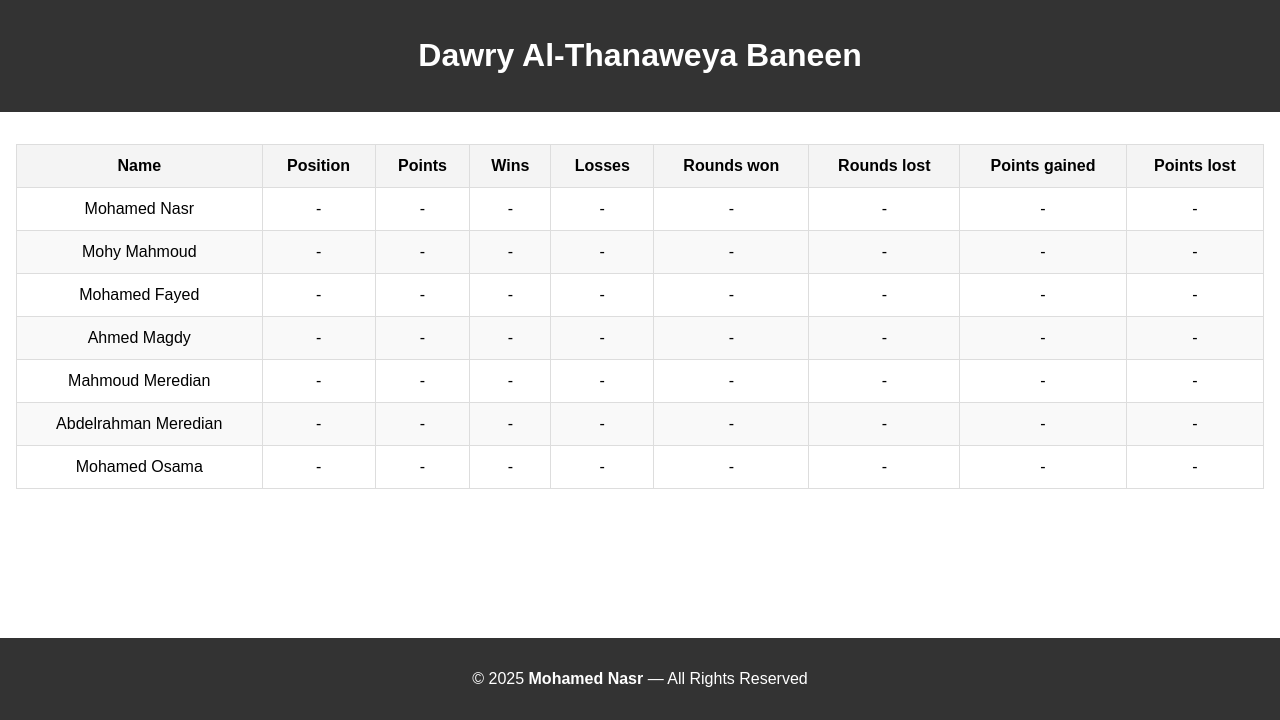
Repository: MohamedNasr95/Dawry-Al-Thanaweya-Baneen
Page: Index.html
An editor plug-in stored every save of this project. The page is shown before and after a run of saves, followed by the edit.
The browser window is 1280 px wide. The pictures show the whole page.

Above is the page before, as saved 2025-09-07 22:33:39.
Console error: SyntaxError: Unexpected token '}'

After the next 3 saves:
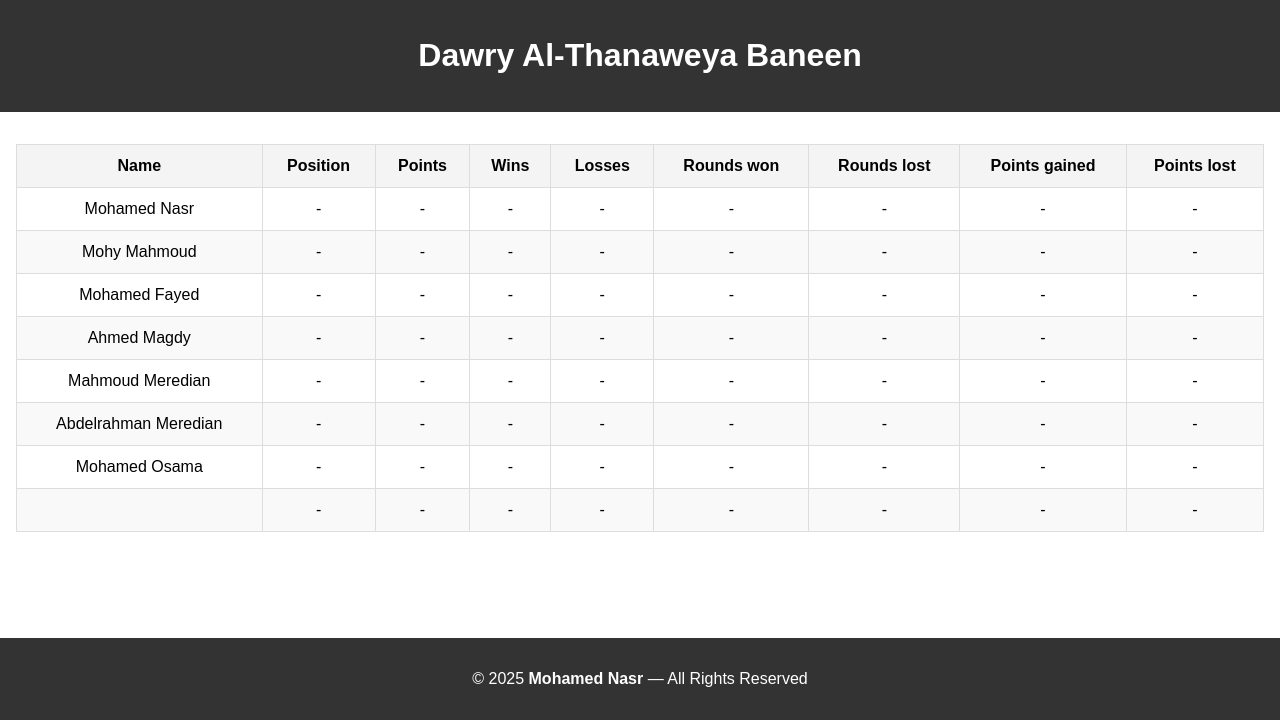
The error is gone.
The 3 saves are shown as one change because they came seconds apart.
The last was saved 11 s later.
--- a/script.js
+++ b/script.js
@@ -1,7 +1,7 @@
 table = document.getElementById("tbody")
 // console.log(table)
 // name = "Mustafa";
-players = [{ID: 1, name: "Mohamed Nasr", position: 0, Points: 0, win: 0, loss: 0, rWin: 0, rLost: 0, pGained: }]
+players = [{ID: 1, name: "Mohamed Nasr", position: 0, Points: 0, win: 0, loss: 0, rWin: 0, rLost: 0, pGained: 0, pLost:0},]
 
 
 table.innerHTML += `
